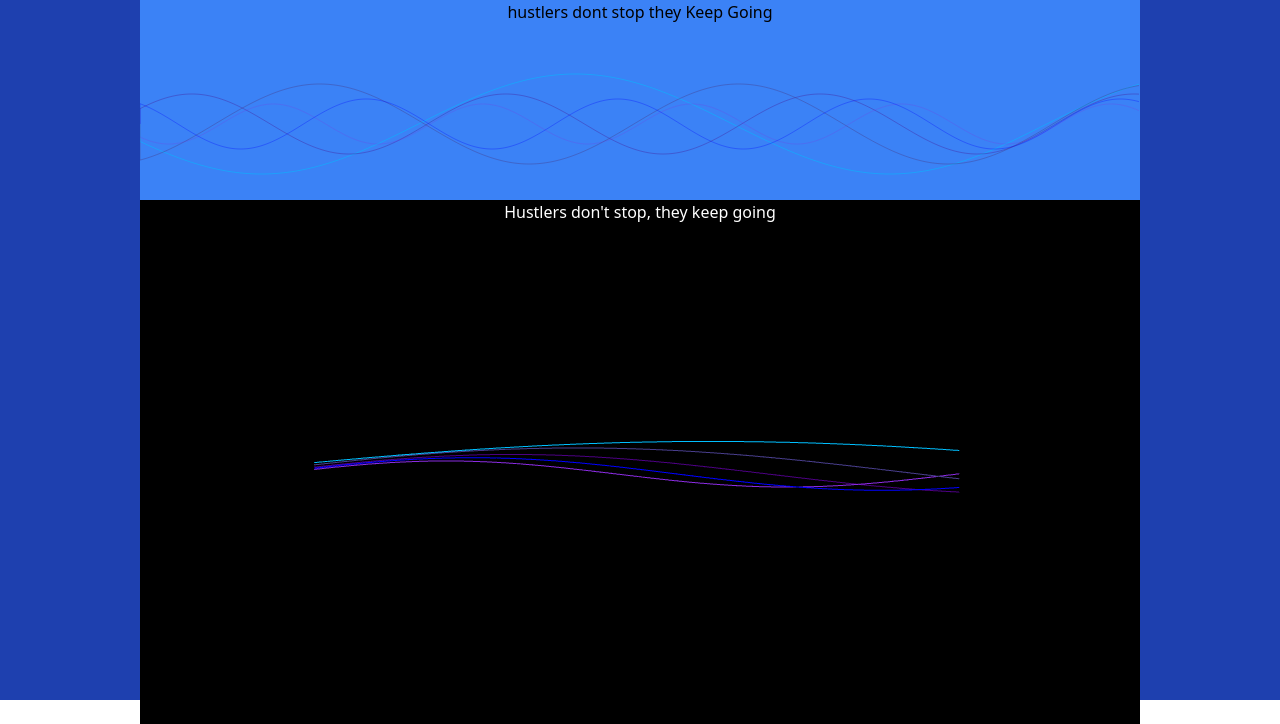
Repository: TMuse333/quantum-experiments
Page: /
An editor plug-in stored every save of this project. The page is shown before and after the next save, followed by the edit.
The browser window is 1280 px wide. The pictures show the whole page.
The project was rebuilt for these pictures with package versions that can differ from the ones it lists, and the page was loaded fresh each time. Also part of the build but not shown: vite.config.ts.

Above is the page before, as saved 2024-06-08 18:23:37.

After the next save:
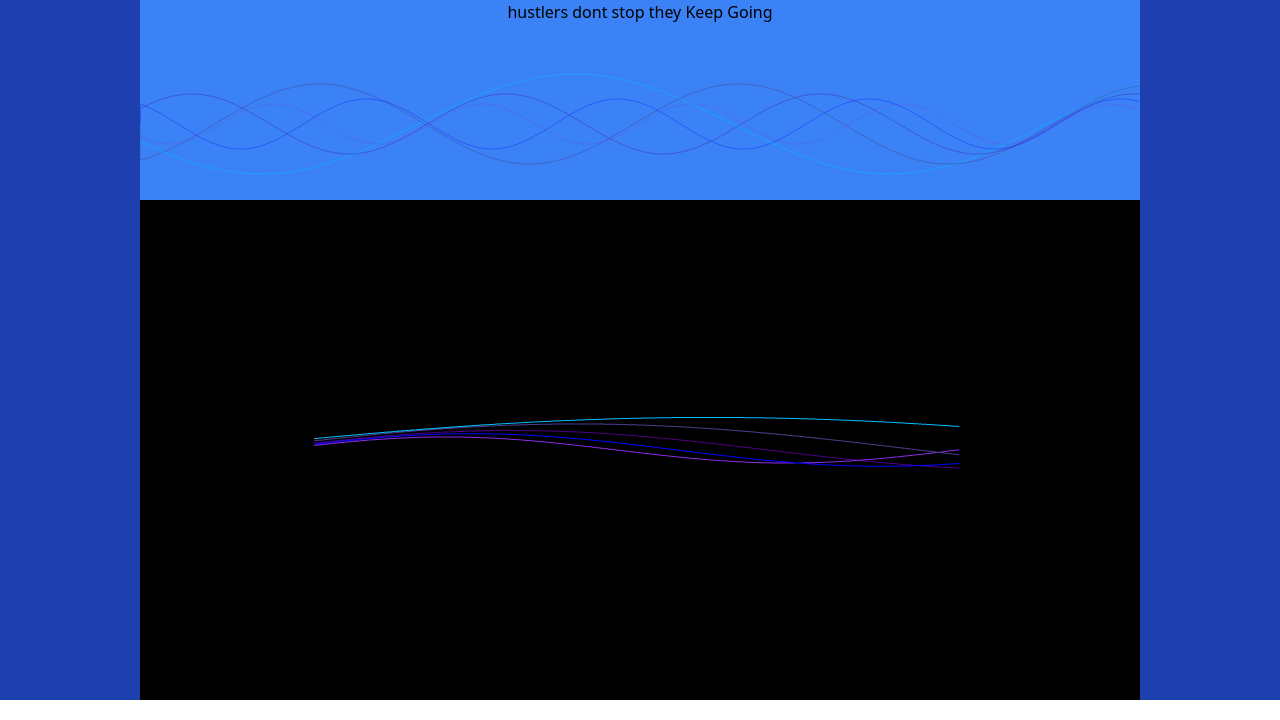
Saved 19 s later.
--- a/src/components/sineWave/threeeJsWave/threeJsWave.tsx
+++ b/src/components/sineWave/threeeJsWave/threeJsWave.tsx
@@ -84,7 +84,7 @@ const ThreeJSWave: React.FC = () => {
 
   return (
     <div className='w-screen h-[500px] max-w-[1000px] mx-auto bg-black' ref={containerRef}>
-      <h1 className='text-white'>Hustlers don't stop, they keep going</h1>
+
     </div>
   );
 };
